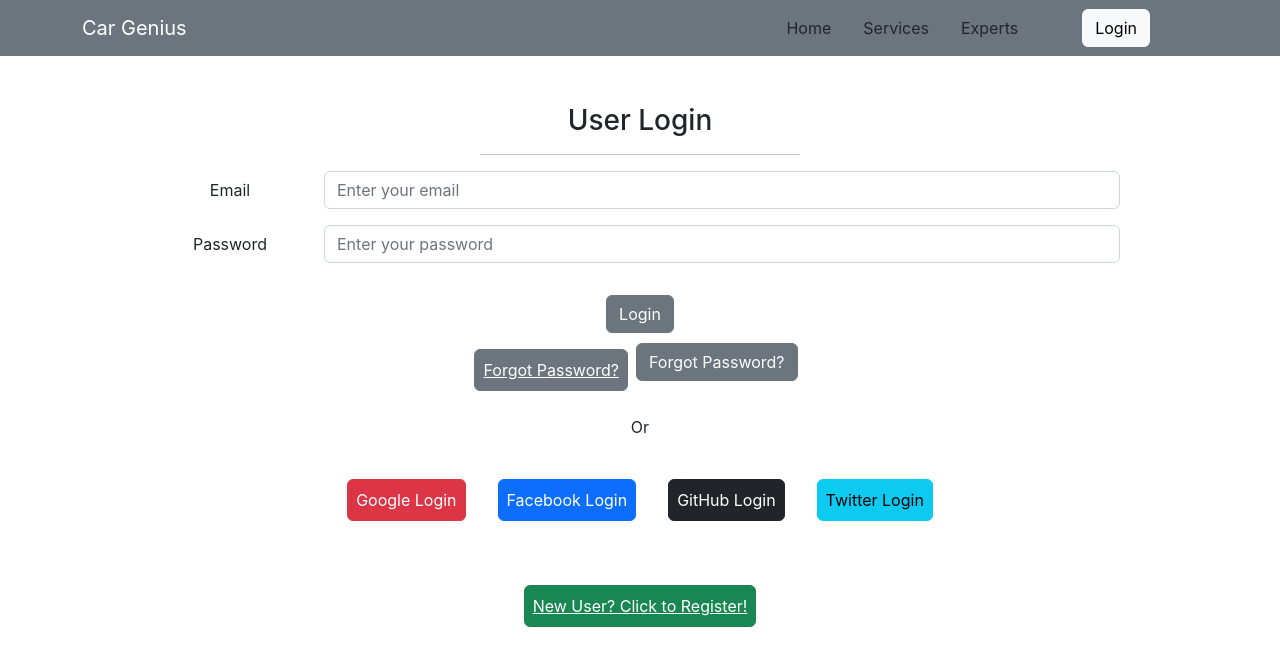
Repository: Sharif-00112/genius-car-service-client
Page: /login
These files come from the project's save history. The page is drawn as it stood at one moment and after the next save; the edit follows.
The browser window is 1280 px wide. The pictures show the whole page.
The project was rebuilt for these pictures with package versions that can differ from the ones it lists, and the page was loaded fresh each time. Also part of the build but not shown: src/Pages/Home/Banner/Banner.js, src/Pages/Home/Expert/Expert.js, src/Pages/Home/Experts/Experts.js, src/Pages/Home/Service/Service.css, src/Pages/Home/Service/Service.js, src/Pages/Home/Services/Services.css, src/Pages/Home/Services/Services.js, src/Pages/Home/Home/Home.js and 4 more.

Above is the page before, as saved 2022-09-08 17:25:40.

After the next save:
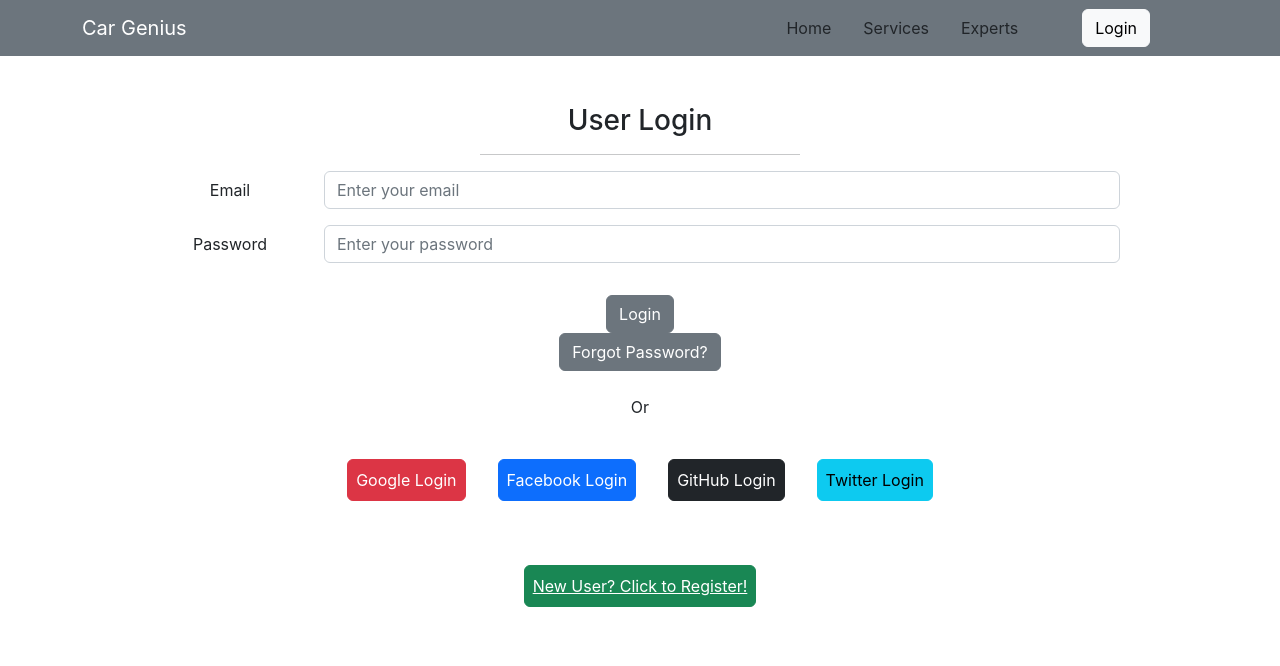
Saved 4 s later.
--- a/src/Pages/Login/Login/Login.js
+++ b/src/Pages/Login/Login/Login.js
@@ -38,7 +38,7 @@ const Login = () => {
                         </div>
                         <button type="submit" className="btn btn-secondary">Login</button>
                     </form>
-                    <button className='btn btn-secondary p-2 mt-3'><Link className='text-decoration-none text-white' to="/forgotpassword"><u>Forgot Password?</u></Link></button>
+                    {/* <button className='btn btn-secondary p-2 mt-3'><Link className='text-decoration-none text-white' to="/forgotpassword"><u>Forgot Password?</u></Link></button> */}
 
                     <Link className='text-decoration-none text-white p-2 mt-3' to="/forgotpassword"><u><button className='btn btn-secondary'>Forgot Password?</button></u></Link>
 
